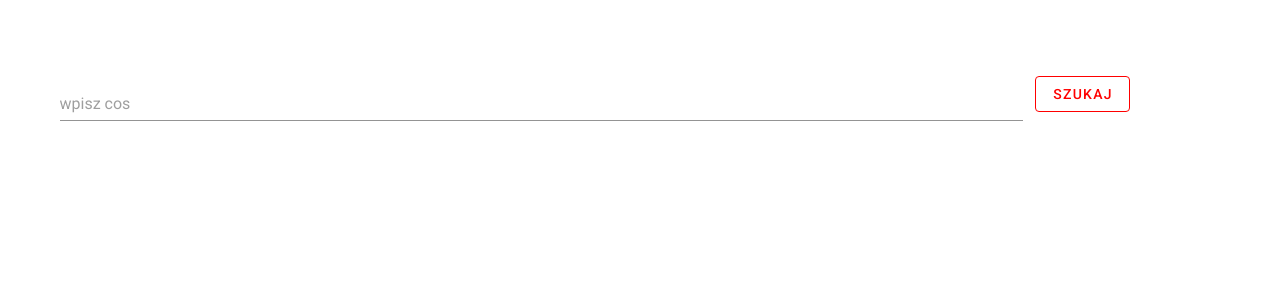
Repository: kq333/wyszukiwarka-filmow-seriali
Page: / (app in searchapp/)
An editor plug-in stored every save of this project. The page is shown before and after a run of saves, followed by the edit.
The browser window is 1280 px wide. The pictures show the whole page.
The project was rebuilt for these pictures with package versions that can differ from the ones it lists, and the page was loaded fresh each time. Also part of the build but not shown: searchapp/vue.config.js, searchapp/src/views/Home.vue.

Above is the page before, as saved 2021-02-17 23:47:36.

After the next 2 saves:
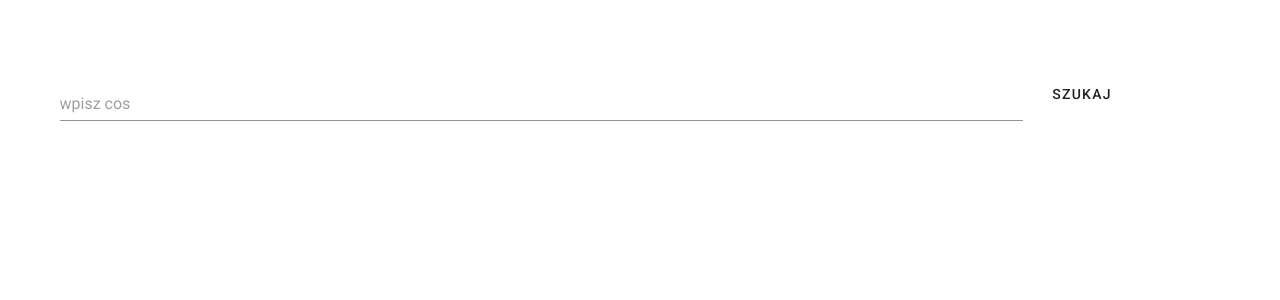
The 2 saves are shown as one change because 1 did not build or start.
The last was saved 36 s later.
--- a/searchapp/src/components/HelloWorld.vue
+++ b/searchapp/src/components/HelloWorld.vue
@@ -136,6 +136,6 @@ this.input=''
 }
 
 #btn{
-  color:red;
+  border: 0px solid ;
 }
 </style>
